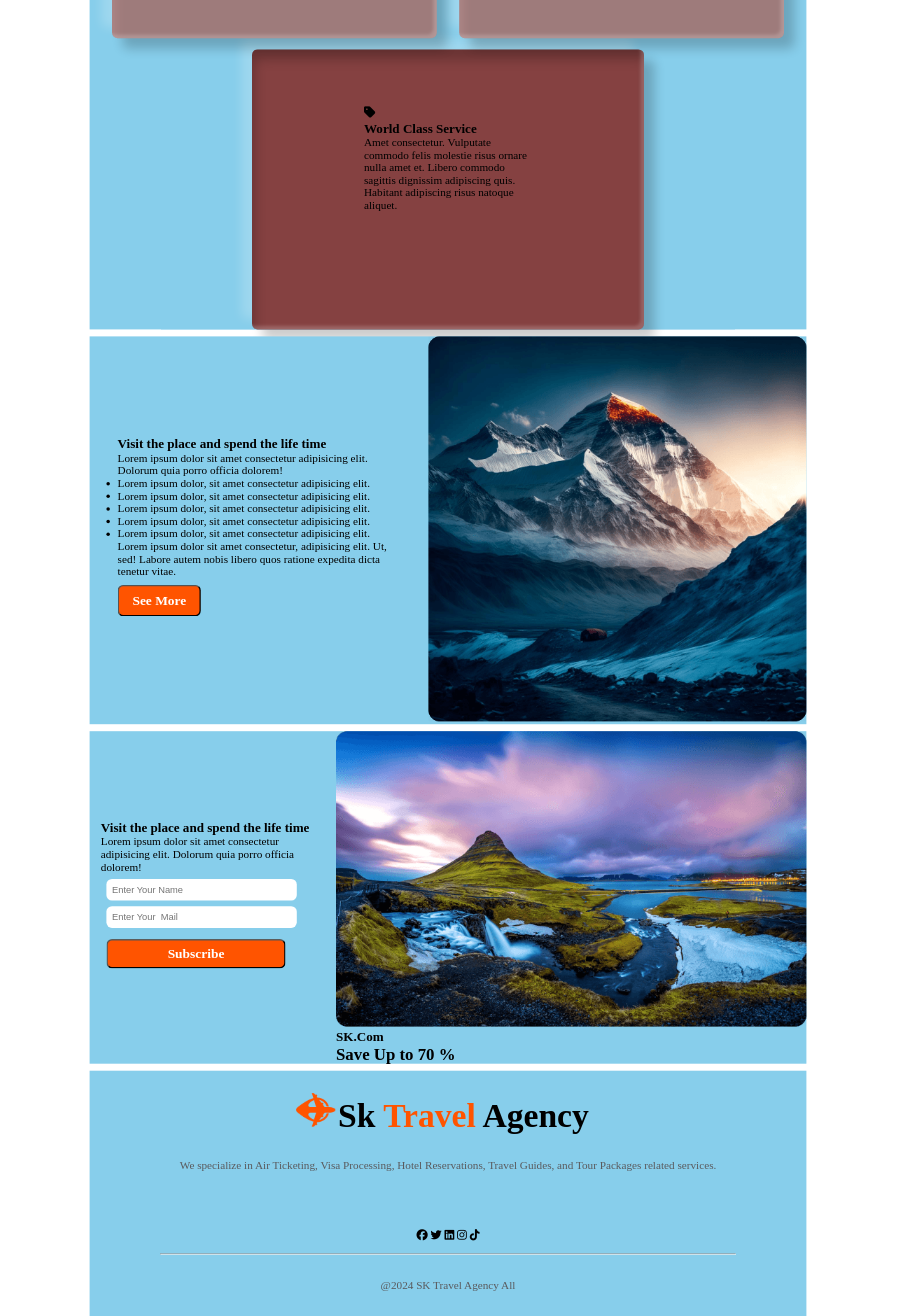
Repository: sumonkumarsarkar/Sk-Travel-Agency-
Page: index.html
An editor plug-in stored every save of this project. The page is shown before and after the next save, followed by the edit.
The browser window is 1280 px wide. The page is 1312 px wide, so the pictures cover 1312 px, including what lies to the right of the window. The pictures show the part of the page from y = 2922 to 4802 px (the page is 4802 px tall), at 70% of full size.

Above is the page before, as saved 2024-01-17 15:22:38.

After the next save:
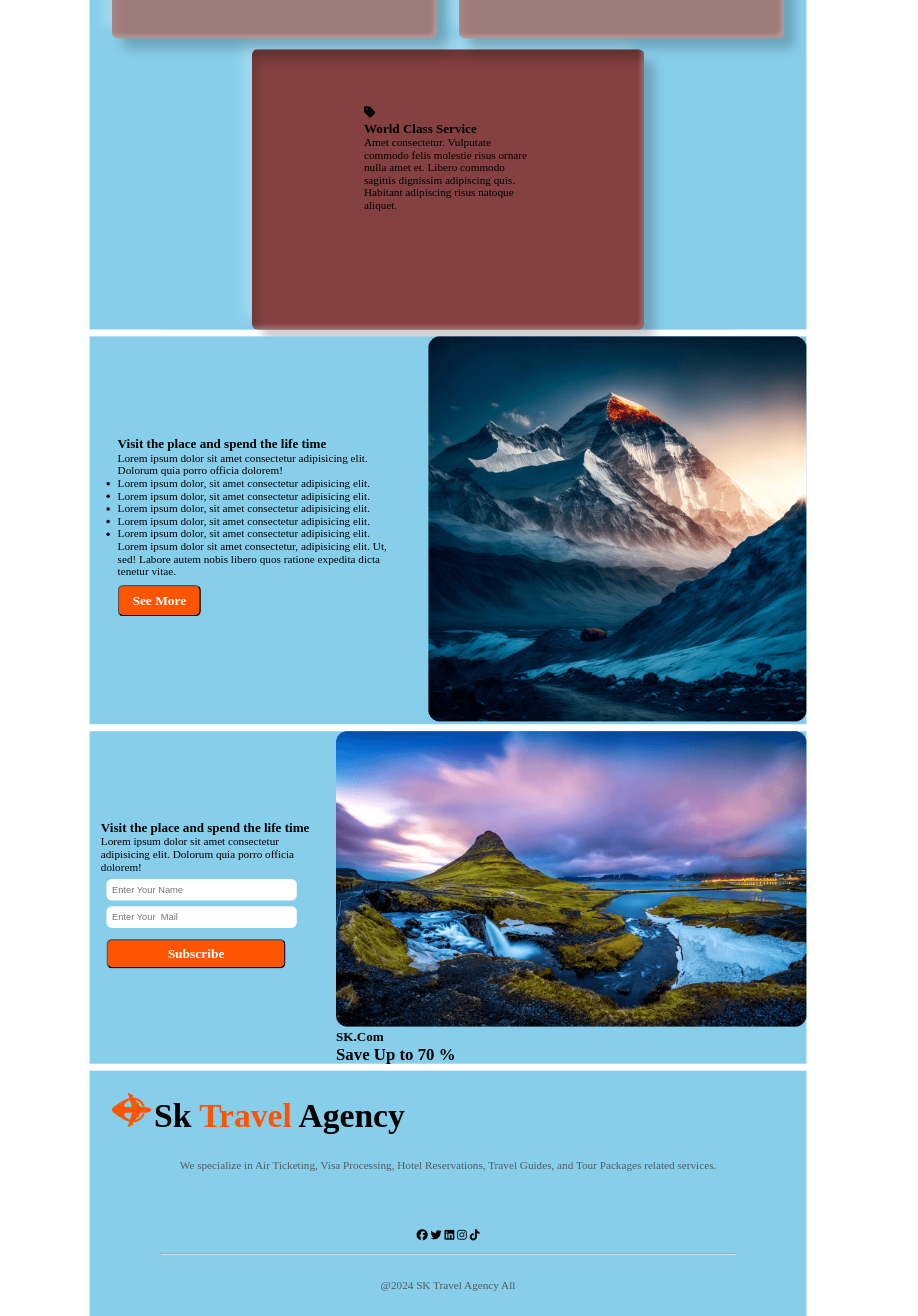
Saved 18 s later.
--- a/style.css
+++ b/style.css
@@ -198,7 +198,7 @@
  /* margin: 1rem auto; */
 }
 .nornal-text{
-text-align: center;
+justify-content: center;
 padding: 2rem 2rem;
 
 

After the 3 saves that followed:
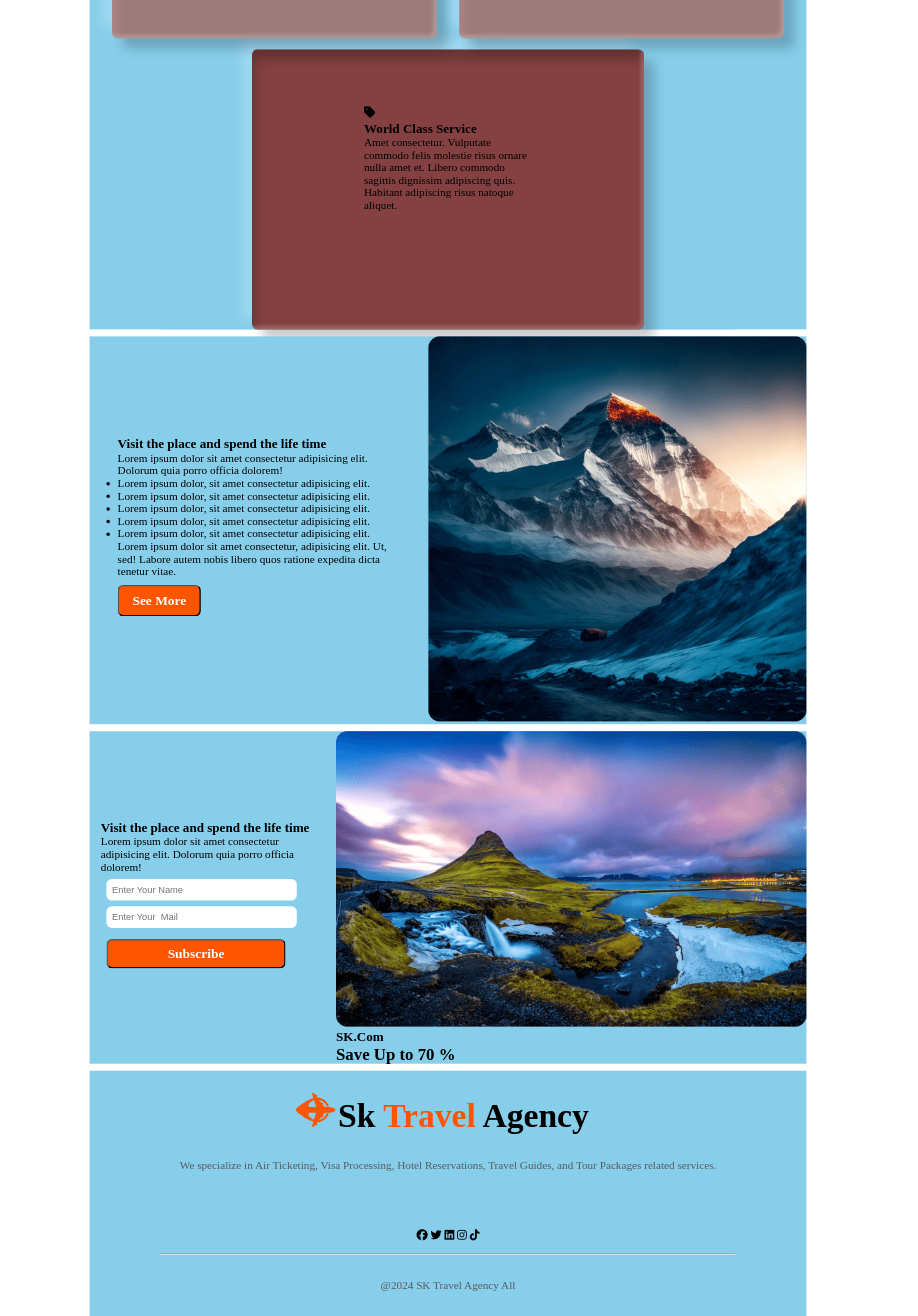
The 3 saves are shown as one change because 2 left the picture as it was.
The last was saved 41 s later.
--- a/style.css
+++ b/style.css
@@ -198,7 +198,7 @@
  /* margin: 1rem auto; */
 }
 .nornal-text{
-justify-content: center;
+text-align: center;
 padding: 2rem 2rem;
 
 
